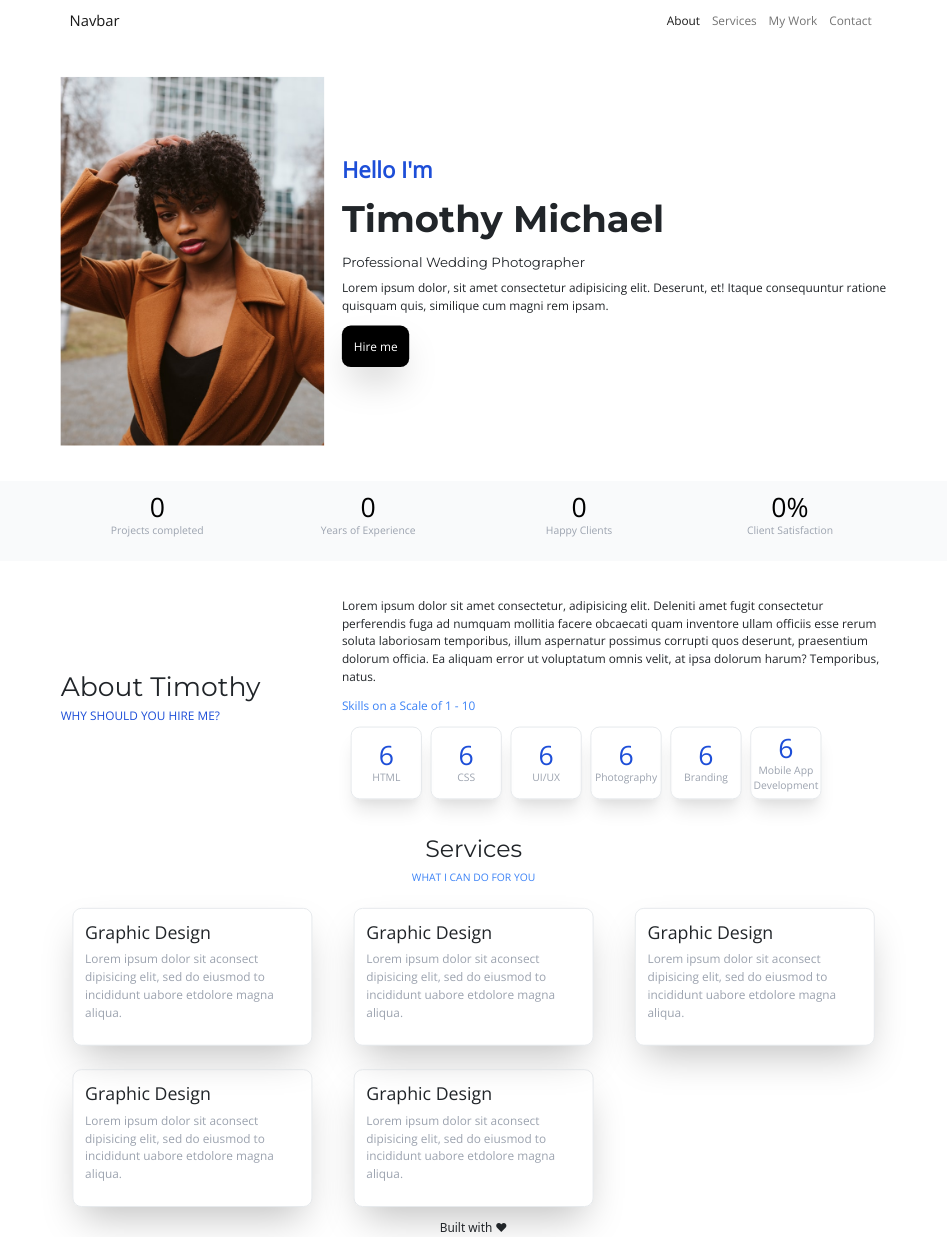
Repository: latenightsnacc/giggles
Page: HTML/freelancer.html
An editor plug-in stored every save of this project. The page is shown before and after the next save, followed by the edit.
The browser window is 1280 px wide. The pictures show the whole page, at 74% of full size.
Some web libraries are served in a nearby version.

Above is the page before, as saved 2021-01-03 16:28:12.

### HTML/freelancer.html
<!DOCTYPE html>
<html lang="en">
<head>
    <meta charset="UTF-8">
    <meta name="viewport" content="width=device-width, initial-scale=1.0">
    <link href="https://cdnjs.cloudflare.com/ajax/libs/tailwindcss/2.0.2/tailwind.min.css" rel="stylesheet">
    <link rel="stylesheet" href="https://stackpath.bootstrapcdn.com/font-awesome/4.7.0/css/font-awesome.min.css" />
    <link href="https://cdn.jsdelivr.net/npm/bootstrap@5.0.0-beta1/dist/css/bootstrap.min.css" rel="stylesheet" integrity="sha384-giJF6kkoqNQ00vy+HMDP7azOuL0xtbfIcaT9wjKHr8RbDVddVHyTfAAsrekwKmP1" crossorigin="anonymous">
    <link rel="stylesheet" href="stylesheet.css">
    <title>Freelancer Page</title>
</head>
<body class="overflow-x-hidden">
    <header class="container">
        <nav class="navbar navbar-expand-lg navbar-light bg-white">
            <div class="container-fluid">
              <a class="navbar-brand" href="#">Navbar</a>
              <button class="navbar-toggler" type="button" data-bs-toggle="collapse" data-bs-target="#navbarNavDropdown" aria-controls="navbarNavDropdown" aria-expanded="false" aria-label="Toggle navigation">
                <span class="navbar-toggler-icon"></span>
              </button>
              <div class="collapse navbar-collapse" id="navbarNavDropdown">
                <ul class="navbar-nav ml-auto">
                  <li class="nav-item">
                    <a class="nav-link active" aria-current="page" href="#">About</a>
                  </li>
                  <li class="nav-item">
                    <a class="nav-link" href="#">Services</a>
                  </li>
                  <li class="nav-item">
                    <a class="nav-link" href="#">My Work</a>
                  </li>
                  <li class="nav-item">
                    <a class="nav-link" href="#">Contact</a>
                  </li>
                  <!-- <li class="nav-item dropdown">
                    <a class="nav-link dropdown-toggle" href="#" id="navbarDropdownMenuLink" role="button" data-bs-toggle="dropdown" aria-expanded="false">
                      Dropdown link
                    </a>
                    <ul class="dropdown-menu" aria-labelledby="navbarDropdownMenuLink">
                      <li><a class="dropdown-item" href="#">Action</a></li>
                      <li><a class="dropdown-item" href="#">Another action</a></li>
                      <li><a class="dropdown-item" href="#">Something else here</a></li>
                    </ul>
                  </li> -->
                </ul>
              </div>
            </div>
        </nav>
    </header>
    <main>
        <!--User Banner-->
        <div class="container mt-5">
            <div class="row flex items-center h-auto">
                <div class="col-sm-12 col-md-4 col-lg-4 col-xl-4">
                    <img src="assets/userDp.jpg" alt="Profile Picture">
                </div>
                <div class="col-sm-12 col-md-8 col-lg-8 col-xl-8">
                    <div class="user-info">
                        <span class="semi-bold text-blue-700 py-10">Hello I'm</span>
                        <h1>Timothy Michael</h1>
                        <h2>Professional Wedding Photographer</h2>
                        <p>Lorem ipsum dolor, sit amet consectetur adipisicing elit. Deserunt, et! Itaque consequuntur ratione quisquam quis, similique cum magni rem ipsam.</p>
                        <button class="bg-black text-white p-3 semi-bold rounded-xl shadow-2xl">Hire me</button>
                    </div>
                </div>
            </div>
        </div>
        <!--User Statisitics-->
        <div class="stats w-full bg-gray-50 flex items-center h-auto py-3 mt-5">
            <div class="container">
                <div class="row">
                    <div class="stat-box col text-center">
                        <div class="bold text-4xl text-black">0</div>
                        <p class="text-sm text-gray-400">Projects completed</p>

                    </div>
                    <div class="stat-box col text-center">
                        <div class="bold text-4xl text-black">0</div>
                        <p class="text-sm text-gray-400">Years of Experience</p>
                    </div>
                    <div class="stat-box col text-center">
                        <div class="bold text-4xl text-black">0</div>
                        <p class="text-sm text-gray-400">Happy Clients</p>
                    </div>
                    <div class="stat-box col text-center">
                        <div class="bold text-4xl text-black">0%</div>
                        <p class="text-sm text-gray-400">Client Satisfaction</p>
                    </div>
                </div>
            </div>
        </div>
        <!--About User-->
        <div class="container">
            <div class="row h-auto flex flex-row items-center">
                <div class="col-sm-12 col-md-6 col-lg-4 col-xl-4 pt-5">
                    <h3 class="text-4xl">About Timothy</h3>
                    <span class="text-md text-blue-700 uppercase semi-bold">Why should you hire me?</span>
                </div>
                <div class="col-sm-12 col-md-6 col-lg-8 col-xl-8 pt-5">
                    <p>Lorem ipsum dolor sit amet consectetur, adipisicing elit. Deleniti amet fugit consectetur perferendis fuga ad numquam mollitia facere obcaecati quam inventore ullam officiis esse rerum soluta laboriosam temporibus, illum aspernatur possimus corrupti quos deserunt, praesentium dolorum officia. Ea aliquam error ut voluptatum omnis velit, at ipsa dolorum harum? Temporibus, natus.</p>
                    <span class="bold text-blue-500">Skills on a Scale of 1 - 10</span>
                    <div class="d-flex flex-wrap">
                        <div class="skill-box shadow-xl max-w-sm w-24 p-2 ml-3 mt-3 border border-gray-100 rounded-xl flex flex-col items-center justify-center text-center">

                            <span class="text-blue-700 bold text-4xl">6</span>
                            <div class="text-sm text-gray-400">HTML</div>
                        </div>
                        <div class="skill-box shadow-xl max-w-sm w-24 p-2 ml-3 mt-3 border border-gray-100 rounded-xl flex flex-col items-center justify-center text-center">

                            <span class="text-blue-700 bold text-4xl">6</span>
                            <div class="text-sm text-gray-400">CSS</div>
                        </div>
                        <div class="skill-box shadow-xl max-w-sm w-24 p-2 ml-3 mt-3 border border-gray-100 rounded-xl flex flex-col items-center justify-center text-center">

                            <span class="text-blue-700 bold text-4xl">6</span>
                            <div class="text-sm text-gray-400">UI/UX</div>
                        </div>
                        <div class="skill-box shadow-xl max-w-sm w-24 p-2 ml-3 mt-3 border border-gray-100 rounded-xl flex flex-col items-center justify-center text-center">

                            <span class="text-blue-700 bold text-4xl">6</span>
                            <div class="text-sm text-gray-400">Photography</div>
                        </div>
                        <div class="skill-box shadow-xl max-w-sm w-24 p-2 ml-3 mt-3 border border-gray-100 rounded-xl flex flex-col items-center justify-center text-center">

                            <span class="text-blue-700 bold text-4xl">6</span>
                            <div class="text-sm text-gray-400">Branding</div>
                        </div>
                        <div class="skill-box shadow-xl max-w-sm w-24 p-2 ml-3 mt-3 border border-gray-100 rounded-xl flex flex-col items-center justify-center text-center">

                            <span class="text-blue-700 bold text-4xl">6</span>
                            <div class="text-sm text-gray-400">Mobile App Development</div>
                        </div>
                    </div>
                </div>
            </div>
        </div>
        <!--Services User Provides-->
        <div class="container mt-5">
            <h2 class="text-center">Services</h2>
            <p class="text-blue-500 text-sm uppercase text-center uppercase">What I can do for you</p>
            <div class="row">
                <div class="col-xs-12 col-sm-12 col-md-3 col-lg-3 col-xl-4">
                    <div class="max-w-sm shadow-2xl border border-gray-100 rounded-xl p-3 m-3 hover:bg-black hover:text-white">
                        <div class="service-title text-2xl bold  pb-2">Graphic Design</div>
                        <p class="text-md text-gray-400">Lorem ipsum dolor sit aconsect dipisicing elit, sed do eiusmod to incididunt uabore etdolore magna aliqua.</p>
                    </div>
                </div>
                <div class="col-xs-12 col-sm-12 col-md-3 col-lg-3 col-xl-4">
                    <div class="max-w-sm shadow-2xl border border-gray-100 rounded-xl p-3 m-3 hover:bg-black hover:text-white">
                        <div class="service-title text-2xl bold  pb-2">Graphic Design</div>
                        <p class="text-md text-gray-400">Lorem ipsum dolor sit aconsect dipisicing elit, sed do eiusmod to incididunt uabore etdolore magna aliqua.</p>
                    </div>
                </div>
                <div class="col-xs-12 col-sm-12 col-md-3 col-lg-3 col-xl-4">
                    <div class="max-w-sm shadow-2xl border border-gray-100 rounded-xl p-3 m-3 hover:bg-black hover:text-white">
                        <div class="service-title text-2xl bold  pb-2">Graphic Design</div>
                        <p class="text-md text-gray-400">Lorem ipsum dolor sit aconsect dipisicing elit, sed do eiusmod to incididunt uabore etdolore magna aliqua.</p>
                    </div>
                </div>
                <div class="col-xs-12 col-sm-12 col-md-3 col-lg-3 col-xl-4">
                    <div class="max-w-sm shadow-2xl border border-gray-100 rounded-xl p-3 m-3 hover:bg-black hover:text-white">
                        <div class="service-title text-2xl bold  pb-2">Graphic Design</div>
                        <p class="text-md text-gray-400">Lorem ipsum dolor sit aconsect dipisicing elit, sed do eiusmod to incididunt uabore etdolore magna aliqua.</p>
                    </div>
                </div>
                <div class="col-xs-12 col-sm-12 col-md-3 col-lg-3 col-xl-4">
                    <div class="max-w-sm shadow-2xl border border-gray-100 rounded-xl p-3 m-3 hover:bg-black hover:text-white">
                        <div class="service-title text-2xl bold  pb-2">Graphic Design</div>
                        <p class="text-md text-gray-400">Lorem ipsum dolor sit aconsect dipisicing elit, sed do eiusmod to incididunt uabore etdolore magna aliqua.</p>
                    </div>
                </div>
            </div>

        </div>
    </main>
    <footer class="text-center">Built with &hearts; </footer>
    <script src="https://cdn.jsdelivr.net/npm/bootstrap@5.0.0-beta1/dist/js/bootstrap.bundle.min.js" integrity="sha384-ygbV9kiqUc6oa4msXn9868pTtWMgiQaeYH7/t7LECLbyPA2x65Kgf80OJFdroafW" crossorigin="anonymous"></script>

</body>
</html>

### HTML/stylesheet.css
@import url('https://fonts.googleapis.com/css2?family=Montserrat:wght@400;700&family=Open+Sans:wght@300;400&display=swap');

h1, h2, h3, h4, h5, h6 {
    font-family: 'Montserrat', sans-serif;
}
.user-info h1 {
    line-height: 60px;
    font-size: 50px;
    font-weight: 700;
    margin-top: 20px;
}
.user-info h2 {
    line-height: 27px;
    font-size: 18px;
    font-weight: 400;
    margin-top: 15px;
}
.user-info span {
    line-height: 36px;
    font-size: 30px;
    font-weight: 600;
}
.user-info p {
    margin: 5px 0;
}
.user-info button {
    margin-top: 10px;
}
p, div, a, button {
    font-family: 'Open Sans', sans-serif;
    font-weight: 300;
}

After the next save:
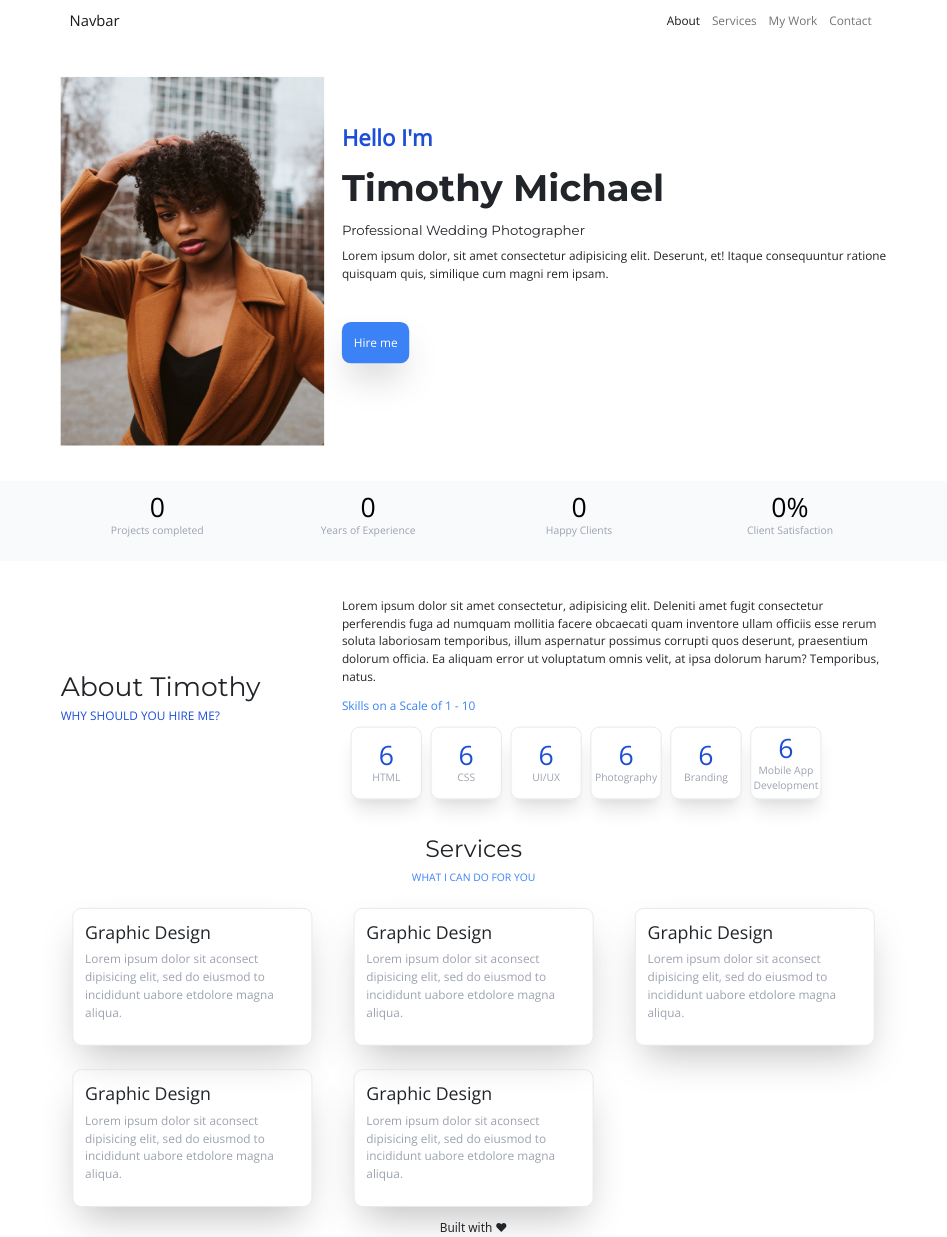
Saved 49 s later.
--- a/HTML/freelancer.html
+++ b/HTML/freelancer.html
@@ -59,7 +59,7 @@
                         <h1>Timothy Michael</h1>
                         <h2>Professional Wedding Photographer</h2>
                         <p>Lorem ipsum dolor, sit amet consectetur adipisicing elit. Deserunt, et! Itaque consequuntur ratione quisquam quis, similique cum magni rem ipsam.</p>
-                        <button class="bg-black text-white p-3 semi-bold rounded-xl shadow-2xl">Hire me</button>
+                        <button class="bg-blue-500 hover:bg-blue-700 text-white p-3 semi-bold rounded-xl shadow-2xl my-5">Hire me</button>
                     </div>
                 </div>
             </div>
